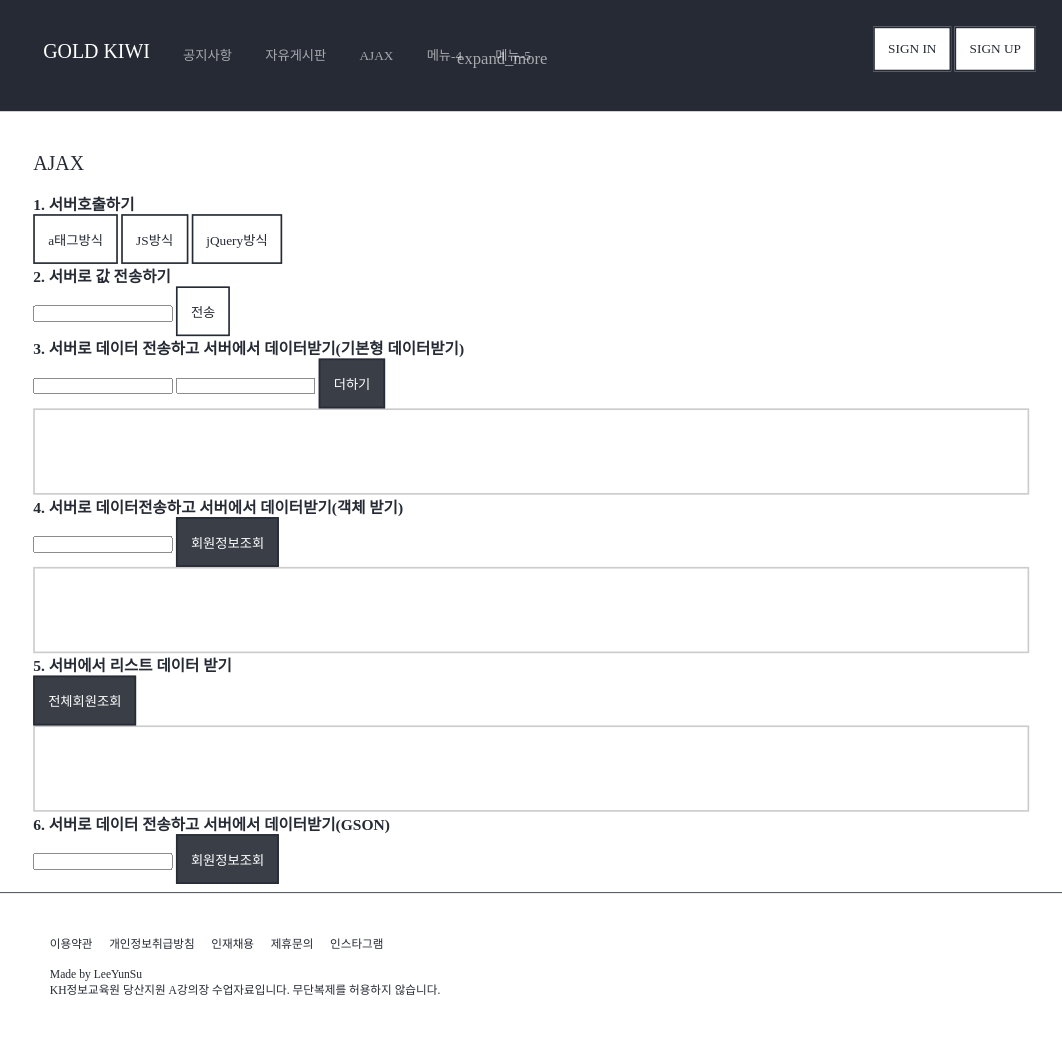
Repository: RiboKim/web-workspace
Page: http://localhost/07_mvc2WebProject/ajax.do
The author's editor kept a copy of each file at every save. The page is drawn from the files as they stood at one save, then again after the next save.
The browser window is 1280 px wide. The pictures show the whole page, at 83% of full size.
Some web fonts or font styles are not loaded; a fallback is used. The page is served by Tomcat 9.

Above is the page before, as saved 2023-02-21 04:55:42.

After the next save:
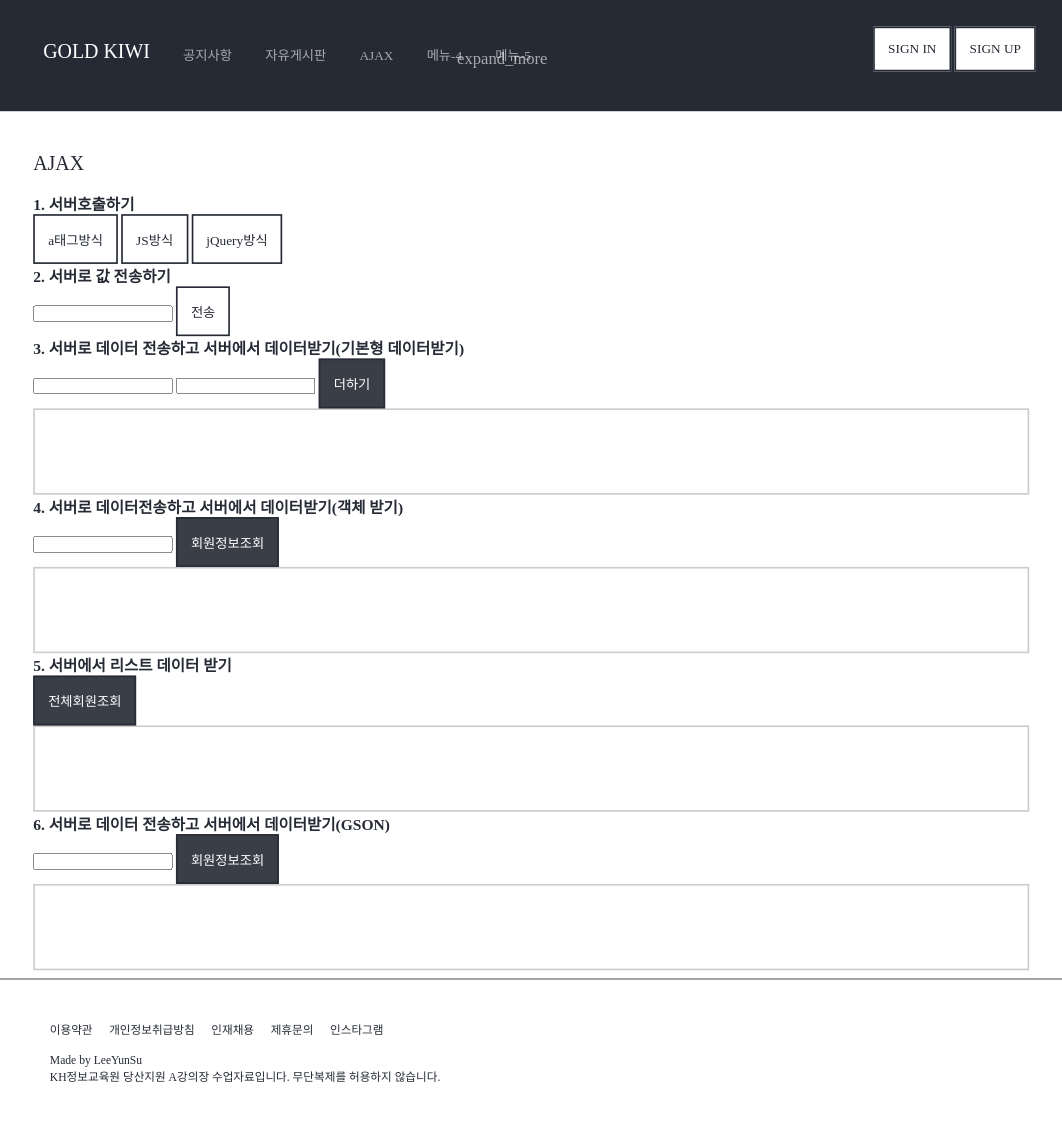
Saved 18 s later.
--- a/07_mvc2WebProject/src/main/webapp/WEB-INF/views/etc/ajax.jsp
+++ b/07_mvc2WebProject/src/main/webapp/WEB-INF/views/etc/ajax.jsp
@@ -43,7 +43,7 @@
 		<h3>6. 서버로 데이터 전송하고 서버에서 데이터받기(GSON)</h3>
 		<input type="text" id="input6">
 		<button class="btn bc1" id="jQ6">회원정보조회</button>
-
+		<p class="ajaxResult" id="result6"></p>
 	</div>
 	<script>
 		$("#js").on("click",function(){
